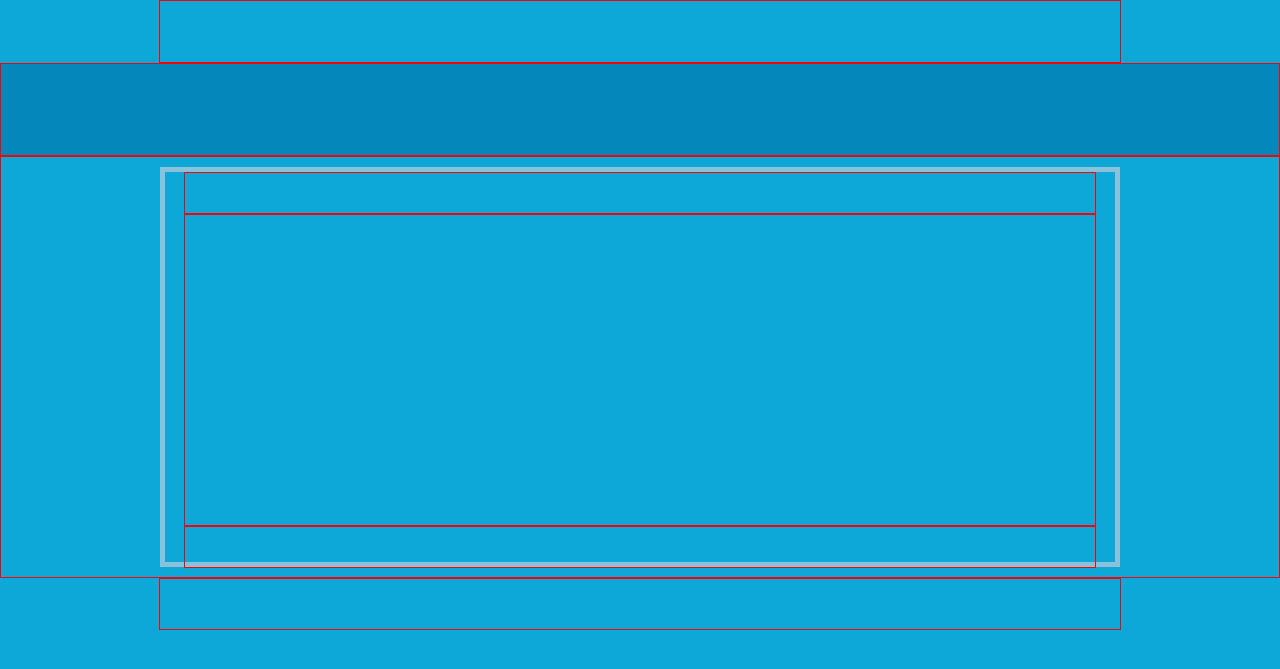
Repository: LYC-Android/JavaWebProject
Page: WebBasic/src/main/webapp/day03/admin_list.html
An editor plug-in stored every save of this project. The page is shown before and after the next save, followed by the edit.
The browser window is 1280 px wide. The pictures show the whole page.

Above is the page before, as saved 2017-09-21 07:44:41.

After the next save:
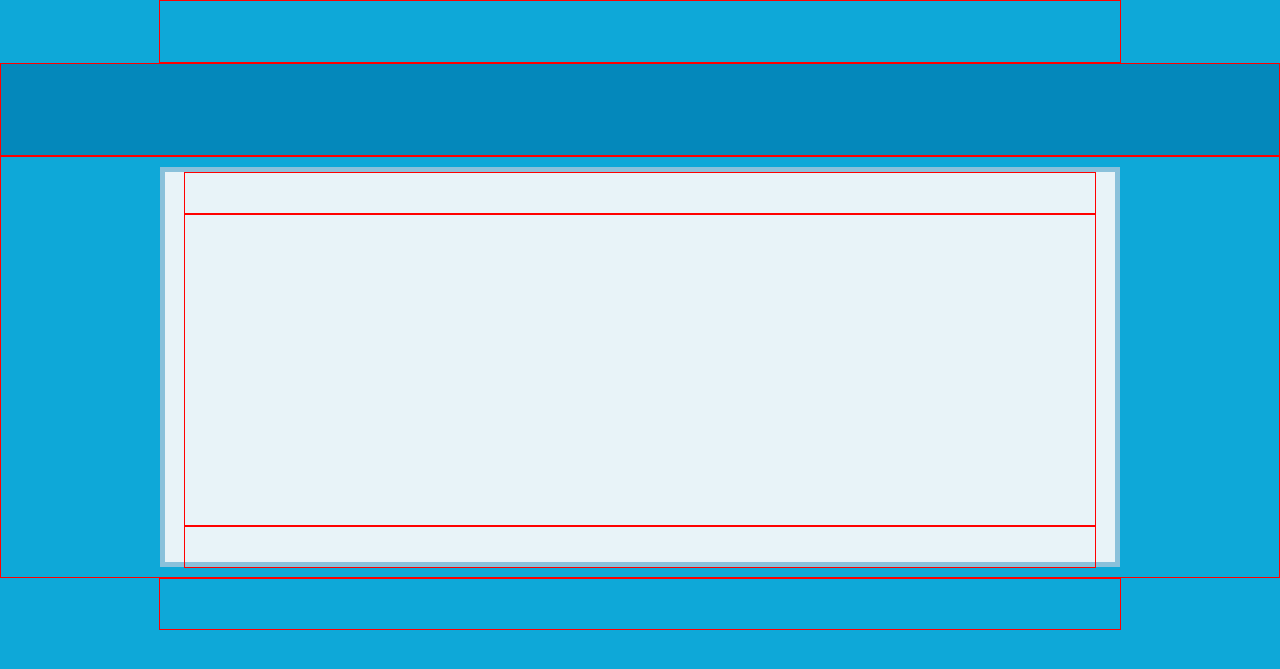
Saved 100 s later.
--- a/WebBasic/src/main/webapp/day03/list.css
+++ b/WebBasic/src/main/webapp/day03/list.css
@@ -53,3 +53,6 @@ body{
 .menu{
 	background-color: #0488BB;
 }
+.content{
+	background-color: #e8f3f8;
+}
